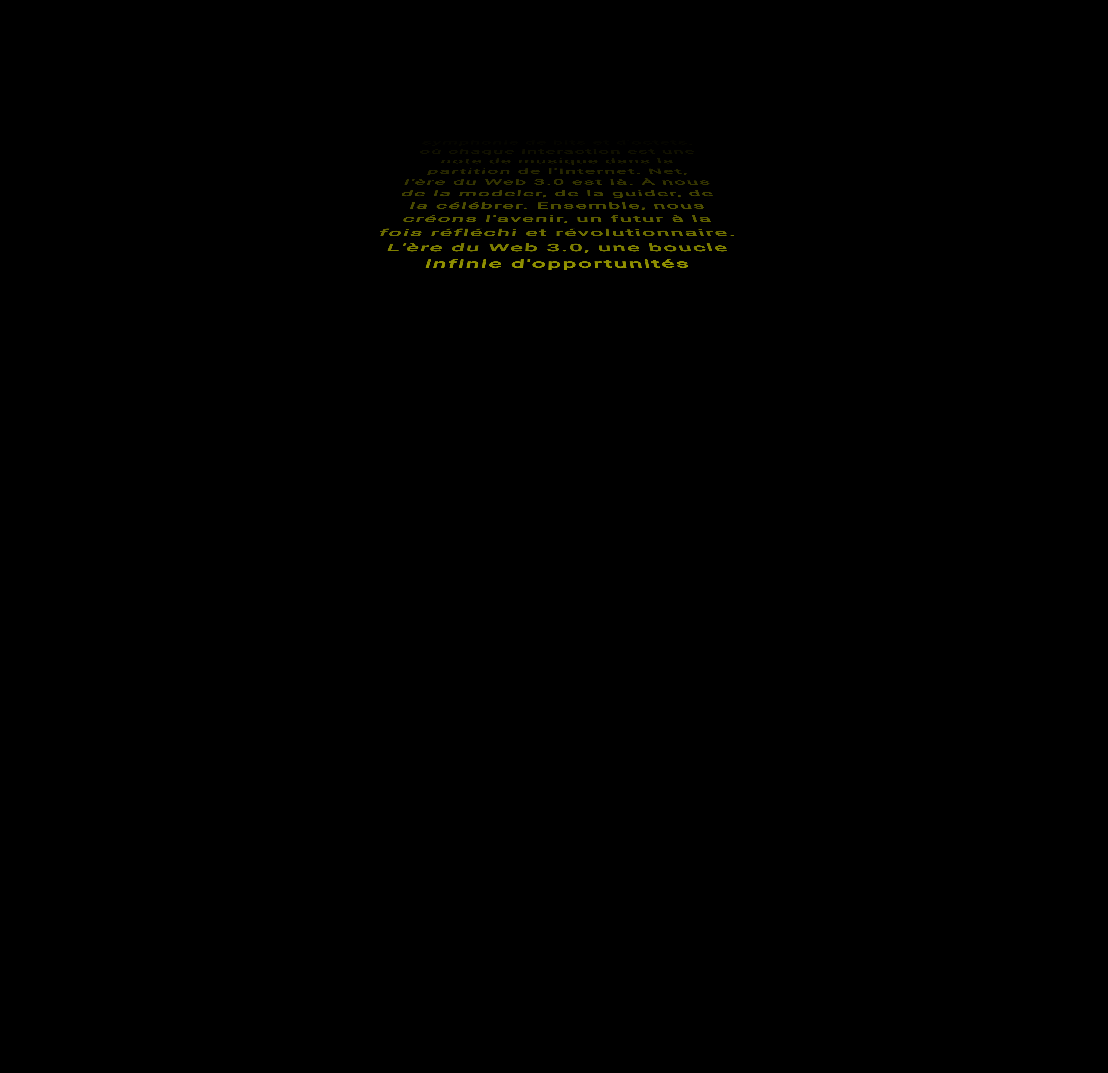
Repository: Alexander-Fejari/exercices-star-wars
Page: index.html
An editor plug-in stored every save of this project. The page is shown before and after the next save, followed by the edit.
The browser window is 1280 px wide. The page is 1288 px wide, so the pictures cover 1288 px, including what lies to the right of the window. The pictures show the whole page, at 86% of full size.
Some web fonts or font styles are not loaded; a fallback is used.

Above is the page before, as saved 2023-09-28 18:04:13.

### index.html
<!DOCTYPE html>
<html lang="en">
  <head>
    <meta charset="UTF-8" />
    <meta name="viewport" content="width=device-width, initial-scale=1.0" />
    <link rel="preconnect" href="https://fonts.googleapis.com">
    <link rel="preconnect" href="https://fonts.gstatic.com" crossorigin>
    <link href="https://fonts.googleapis.com/css2?family=Roboto&display=swap" rel="stylesheet">
    <link rel="stylesheet" href="style/style.css" />
    <title>Star-wars generique</title>
  </head>
  <body>
    <div class="fade"></div>
    <div class="deform">
      <div class="generique">
        <div class="titre">
          <h1>Le WEB 3.0</h1>
          <h2>une révolution</h2>
        </div>
        <p>
          Le Web 3.0, une révolution numérique en marche, trace un chemin vers l'avenir. Avec l'intelligence artificielle comme
          guide, il tisse des liens entre les données, créant ainsi une toile interconnectée. Les utilisateurs deviennent les
          créateurs, les moteurs deviennent les partenaires. C'est un écosystème fluide où l'innovation et la collaboration
          prospèrent.

          Rêvons en grand, car le futur s'écrit en code. Code en écriture, code en action. L'équilibre entre l'humain et la
          machine est au cœur de cette révolution. Une symphonie de bits et d'octets, où chaque interaction est une note de
          musique dans la partition de l'Internet.

          Net, l'ère du Web 3.0 est là. À nous de la modeler, de la guider, de la célébrer. Ensemble, nous créons l'avenir, un
          futur à la fois réfléchi et révolutionnaire. L'ère du Web 3.0, une boucle infinie d'opportunités
        </p>
      </div>
    </div>
  </body>
</html>

### style/style.css
@import url("https://fonts.googleapis.com/css2?family=Dela+Gothic+One&display=swap");
body {
  width: 100%;
  height: 100%;
  overflow: hidden;
  background-color: black;
  font-family: 'Roboto', sans-serif;
}
.deform {
  display: flex;
  justify-content: center;
  height: 800px;
  perspective: 400px;
  color: yellow;
  font-size: 500%;
  font-weight: 600;
  letter-spacing: 6px;
  line-height: 150%;
  text-align: center;
}
.generique {
  position: relative;
  transform-origin: 50% 100%;
  animation: generique 25s linear;
}
.fade {
  position: relative;
  width: 100%;
  min-height: 60vh;
  top: -20px;
  background: linear-gradient(
    180deg,
    rgba(0, 0, 0, 1) 40%,
    rgba(0, 0, 0, 0) 100%
  );
  z-index: 1;
}

h1 {
}
@keyframes generique {

  0% {
    top: -7000px;
    transform: rotateX(21deg) translateZ(-2500px);
  }
    100% {
    top: 0px;
    transform: rotateX(20deg) translateZ(0);
  }
}

After the next save:
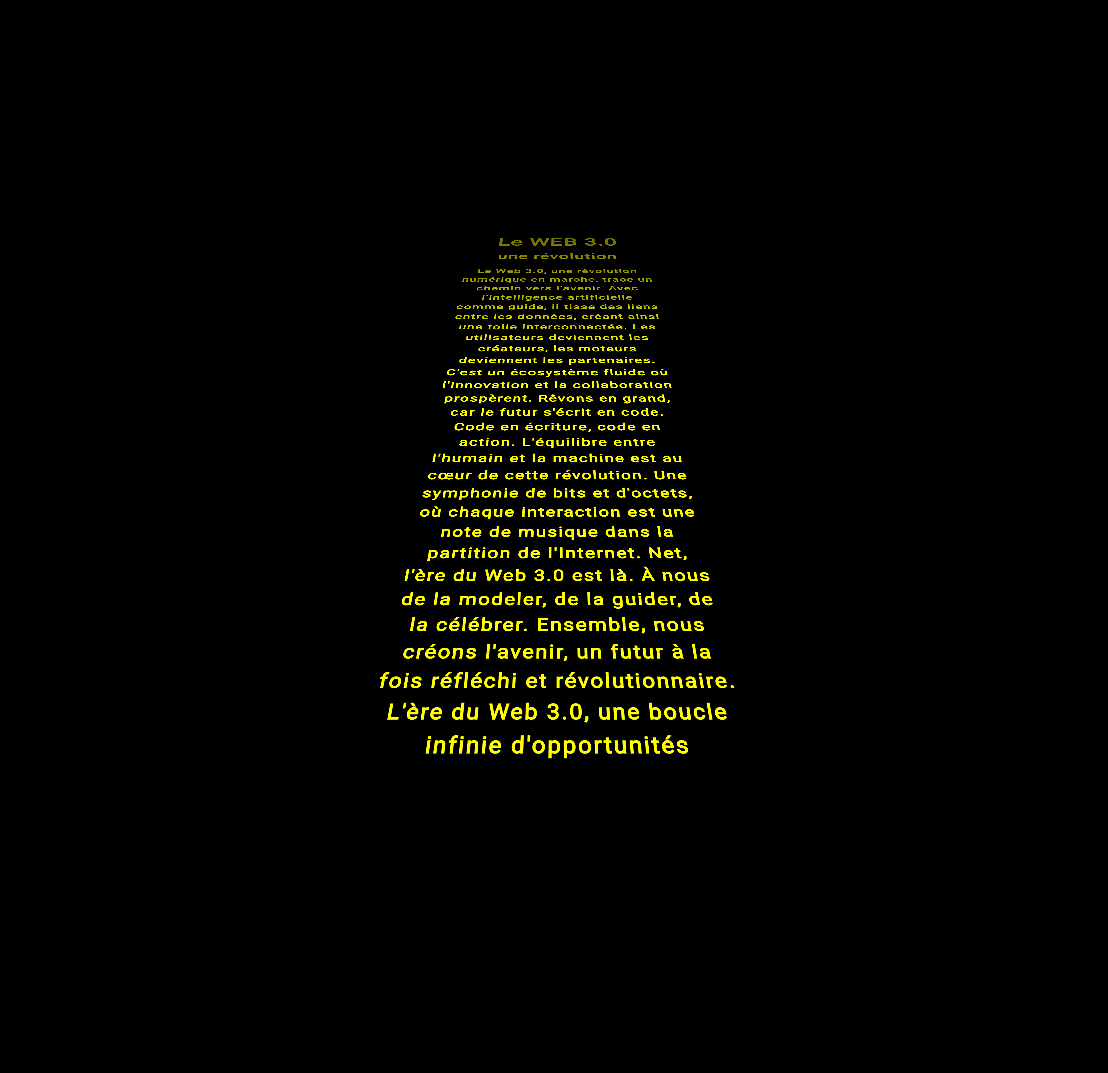
Saved 14 s later.
--- a/style/style.css
+++ b/style/style.css
@@ -41,7 +41,7 @@
 @keyframes generique {
 
   0% {
-    top: -7000px;
+    top: -5000px;
     transform: rotateX(21deg) translateZ(-2500px);
   }
     100% {
